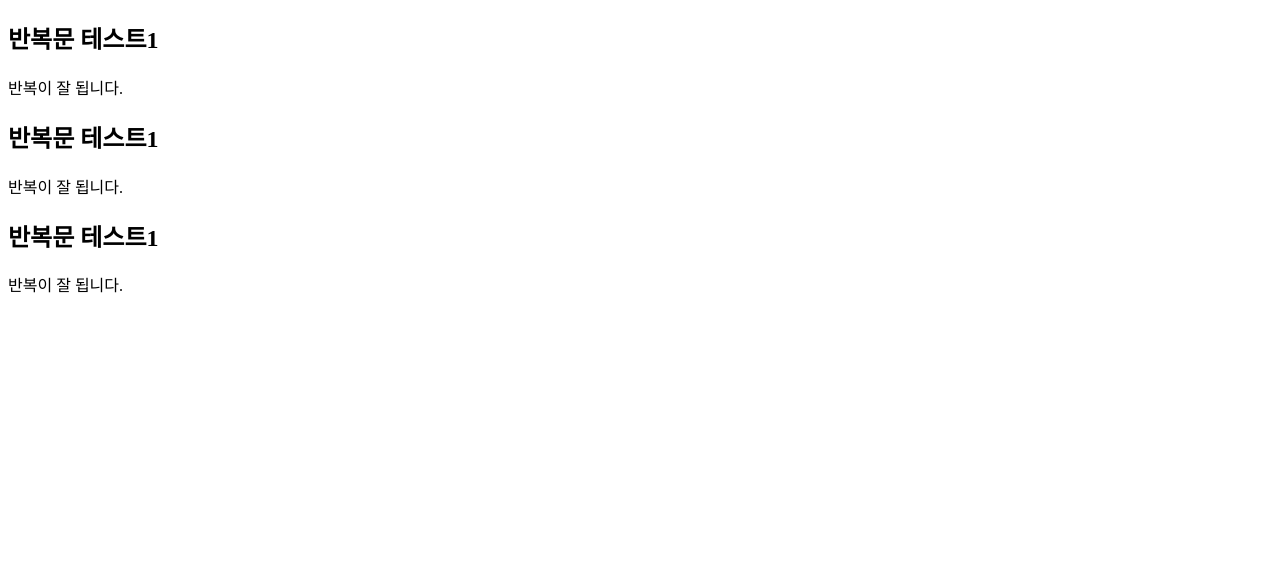
Repository: Kimhwawon/jsp_practice
Page: http://localhost/JSPBasic/JspTag/Scriptlet.jsp
The author's editor kept a copy of each file at every save. The page is drawn from the files as they stood at one save, then again after the next save.
The browser window is 1280 px wide. The pictures show the whole page.
The page is served by Tomcat 9.

Above is the page before, as saved 2022-01-28 02:29:07.

After the next save:
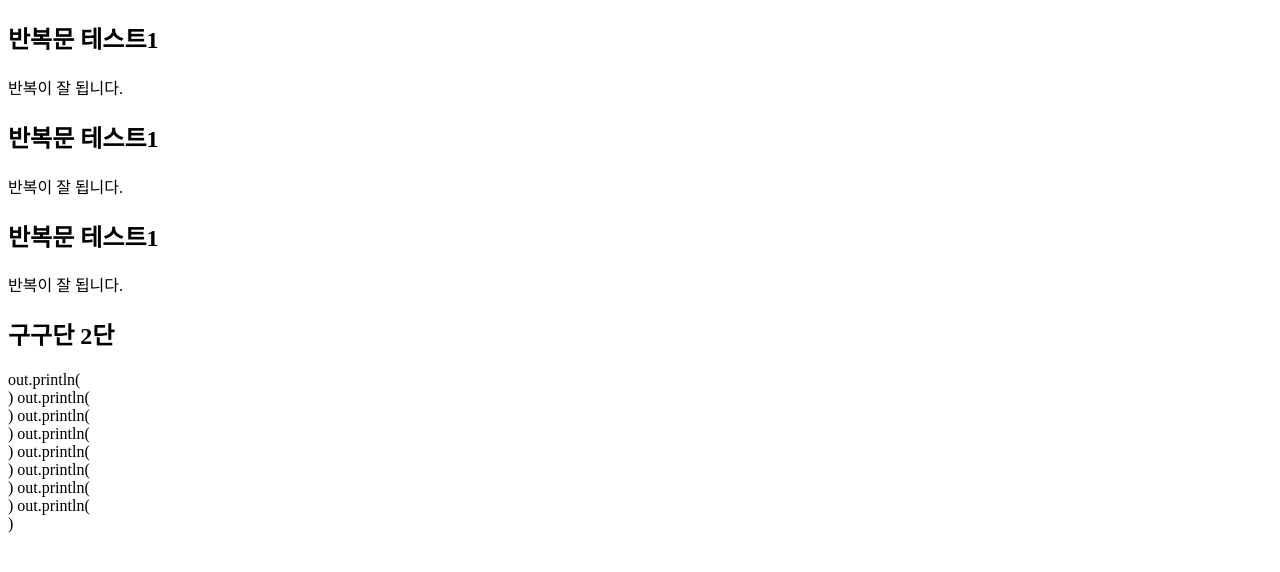
Saved 7 min 30 s later.
--- a/JSPBasic/src/main/webapp/JspTag/Scriptlet.jsp
+++ b/JSPBasic/src/main/webapp/JspTag/Scriptlet.jsp
@@ -15,5 +15,15 @@
 			반복이 잘 됩니다.
 		</p>
 	<% } %>
+
+	<!-- 하단에 구구단 코드를 작성해주세요.
+	System.out.prinln() 이 괄호 내 구문을 콘솔에 찍히게 해줬다면
+	out.println()은 html화면에 괄호 내 구문을 콘솔에 찍히게 해줍니다.
+	(javascript의 document.write()와 같은 역할 )-->
+	<h2>구구단 2단</h2>
+	<% for(int i = 2; i <= 9; i++){ %>
+		out.println(</br>)
+
+	<% } %>
 </body>
 </html>
